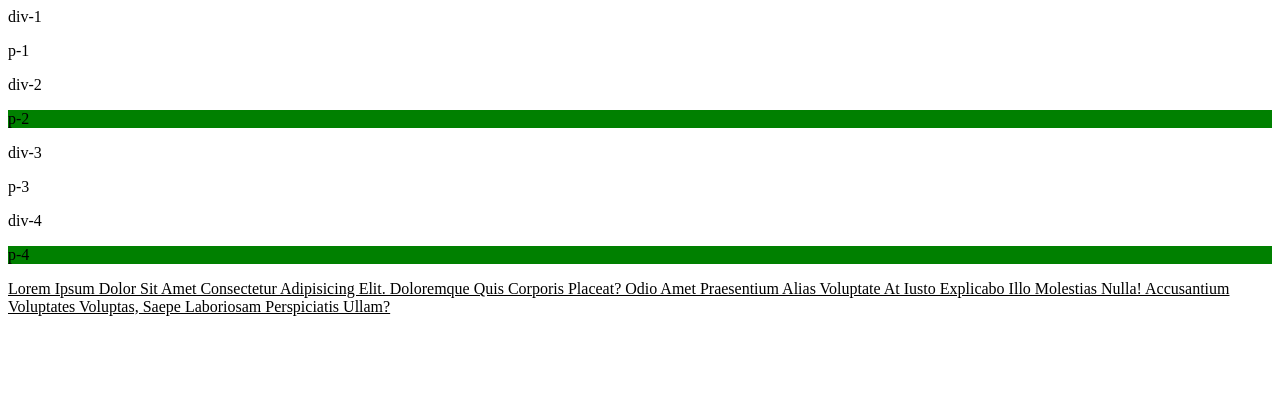
Repository: harin1212/PDA-frontend
Page: day3/selector_test.html
The author's editor kept a copy of each file at every save. The page is drawn from the files as they stood at one save, then again after the next save.
The browser window is 1280 px wide. The pictures show the whole page.

Above is the page before, as saved 2023-07-31 11:20:07.

After the next save:
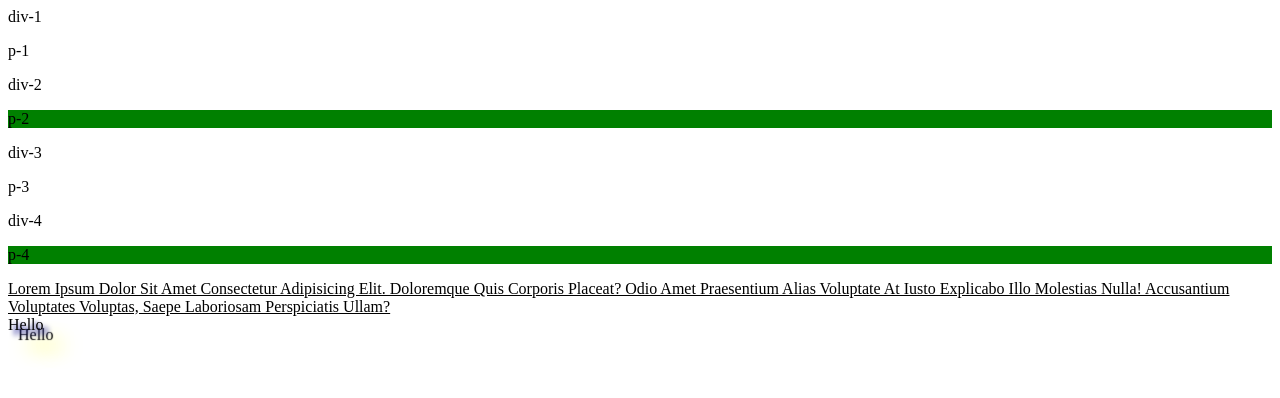
Saved 36 s later.
--- a/day3/selector_test.html
+++ b/day3/selector_test.html
@@ -42,5 +42,6 @@
     <div class="test">Lorem ipsum dolor sit amet consectetur adipisicing elit. Doloremque quis corporis placeat?
         Odio amet praesentium alias voluptate at iusto explicabo illo molestias nulla! Accusantium voluptates voluptas,
         saepe laboriosam perspiciatis ullam?</div>
+    <div class="shadow">Hello</div>
 </body>
 </html>
